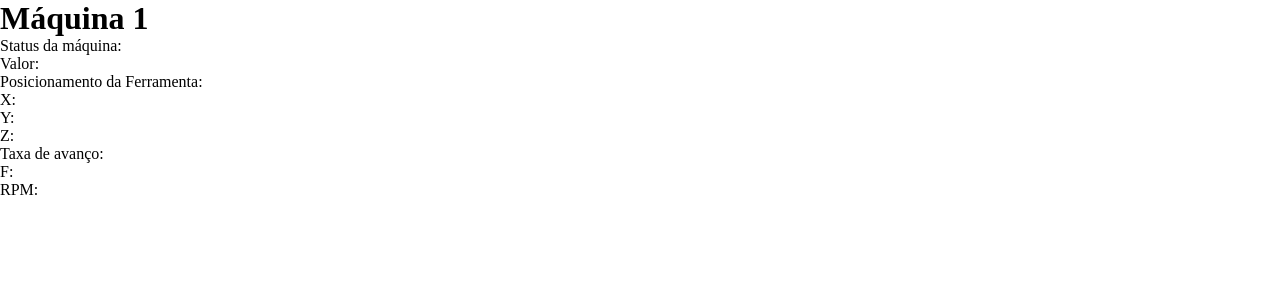
Repository: Murilo-Herrick/Dados-Faculdade
Page: Faculdade - SENAI/1º Semestre/Projeto Integrador/Desenvolvimento/WEB/Monitoramento_CNC_V0.2/TelaPrincipal.html
The author's editor kept a copy of each file at every save. The page is drawn from the files as they stood at one save, then again after the next save.
The browser window is 1280 px wide. The pictures show the whole page.

Above is the page before, as saved 2024-05-17 00:44:03.

### Faculdade - SENAI/1º Semestre/Projeto Integrador/Desenvolvimento/WEB/Monitoramento_CNC_V0.2/TelaPrincipal.html
<!DOCTYPE html>
<html lang="pt_">
<head>
    <meta charset="UTF-8">
    <meta name="viewport" content="width=device-width, initial-scale=1.0">
    <title>Máquina CNC</title>
    <link rel="stylesheet" href="css/TelaPrincipal.css">
</head>
<body>
    <h1>Máquina 1</h1>
    <div id="statusMaquina">
        <label for="status">Status da máquina: </label>
        <p id="valorDoStatus">Valor: </p>
    </div>
    <div id="posicionamentoFerramenta">
        <label for="posicionamento">Posicionamento da Ferramenta: </label>
        <p id="eixo_X">X: </p>
        <p id="eixo_Y">Y: </p>
        <p id="eixo_Z">Z: </p>
    </div>
    <div id="taxaDeAvanco">
        <label for="taxaAvanco">Taxa de avanço: </label>
        <p id="valorAvanco">F: </p>
    </div>
    <div id="rpmMaquina">
        <label for="rpm">RPM: </label>
        <p id="valorRPM"> </p>
    </div>
    <script></script>
</body>
</html>

### Faculdade - SENAI/1º Semestre/Projeto Integrador/Desenvolvimento/WEB/Monitoramento_CNC_V0.2/css/TelaPrincipal.css
* {
    margin: 0;
    padding: 0;
    fon
}
* {
    margin: 0;
    padding: 0;

}
* {
    margin: ;
}

After the next save:
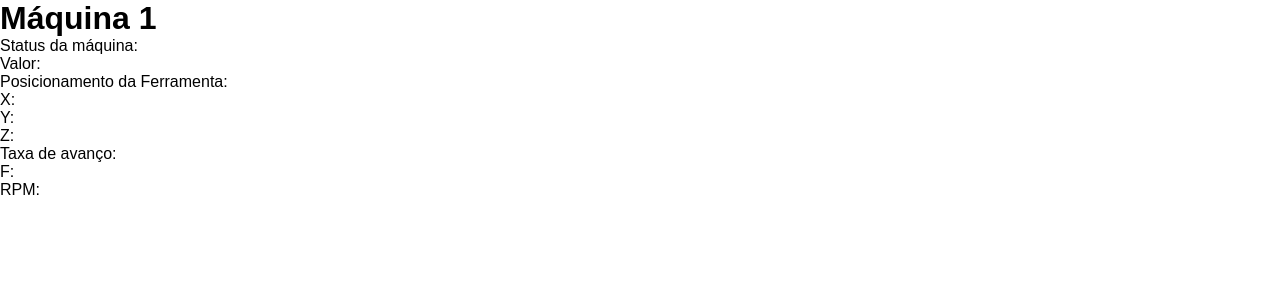
Saved 6 s later.
--- a/Faculdade - SENAI/1º Semestre/Projeto Integrador/Desenvolvimento/WEB/Monitoramento_CNC_V0.2/css/TelaPrincipal.css
+++ b/Faculdade - SENAI/1º Semestre/Projeto Integrador/Desenvolvimento/WEB/Monitoramento_CNC_V0.2/css/TelaPrincipal.css
@@ -1,13 +1,6 @@
 * {
     margin: 0;
     padding: 0;
-    fon
-}
-* {
-    margin: 0;
-    padding: 0;
+    font-family: Arial, Helvetica, sans-serif;
 
 }
-* {
-    margin: ;
-}
